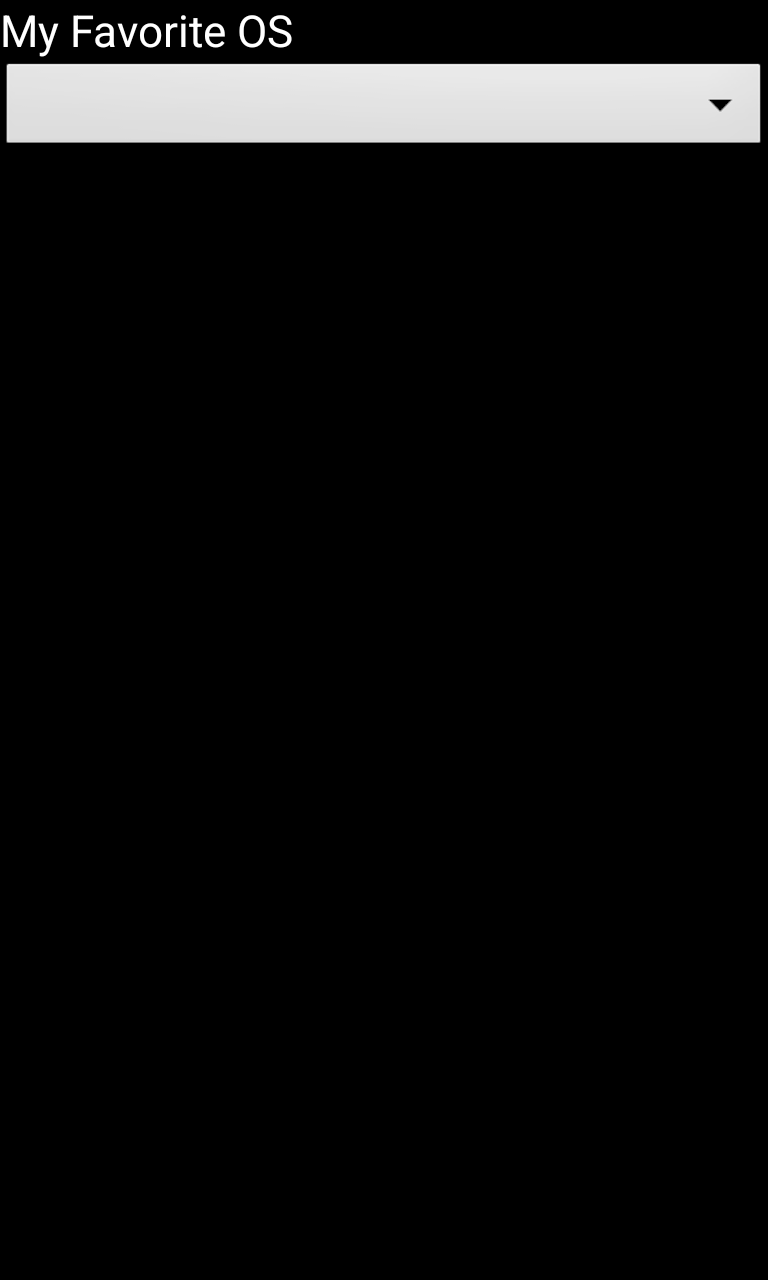
Repository: smartapps08/addteqtutorials
Layout: AdapterView Demo/res/layout/main.xml
An editor plug-in stored every save of this project. The layout is shown before and after the next save, followed by the edit.
It is drawn on a 768 x 1280 px phone screen (xhdpi) without system bars, with theme android:Theme; the app's code is not run.

Above is the layout before, as saved 2012-06-07 18:11:33.

### AdapterView Demo/res/layout/main.xml
<?xml version="1.0" encoding="utf-8"?>
<LinearLayout xmlns:android="http://schemas.android.com/apk/res/android"
    android:layout_width="fill_parent"
    android:layout_height="fill_parent"
    android:orientation="vertical" >

    <TextView
        android:id="@+id/textView1"
        android:layout_width="wrap_content"
        android:layout_height="wrap_content"
        android:text="My Favorite OS"
        android:textAppearance="?android:attr/textAppearanceLarge" />

    <Spinner
        android:id="@+id/spinnerOS"
        android:layout_width="match_parent"
        android:layout_height="wrap_content" />

</LinearLayout>

After the next save:
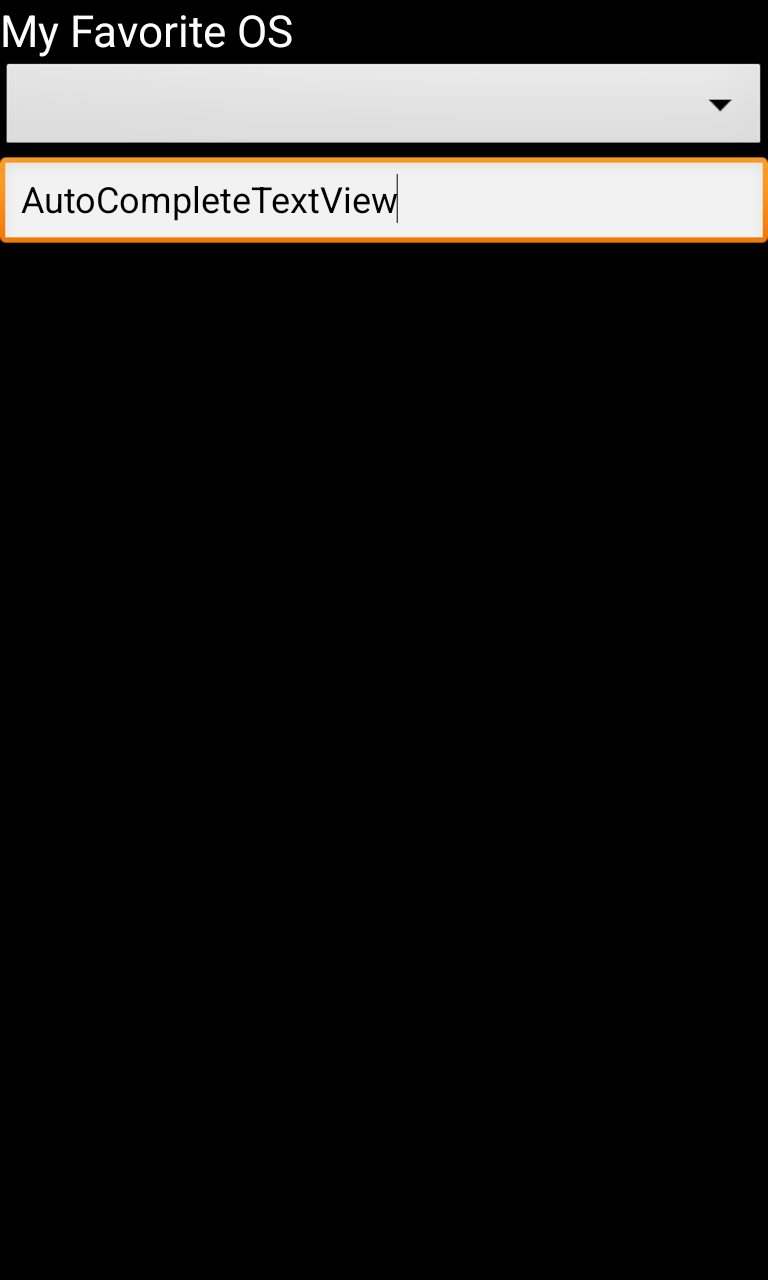
Saved 52 s later.
--- a/AdapterView Demo/res/layout/main.xml
+++ b/AdapterView Demo/res/layout/main.xml
@@ -16,4 +16,14 @@
         android:layout_width="match_parent"
         android:layout_height="wrap_content" />
 
+    <AutoCompleteTextView
+        android:id="@+id/autoCompleteTextView1"
+        android:layout_width="match_parent"
+        android:layout_height="wrap_content"
+        android:ems="10"
+        android:text="AutoCompleteTextView" >
+
+        <requestFocus />
+    </AutoCompleteTextView>
+
 </LinearLayout>
